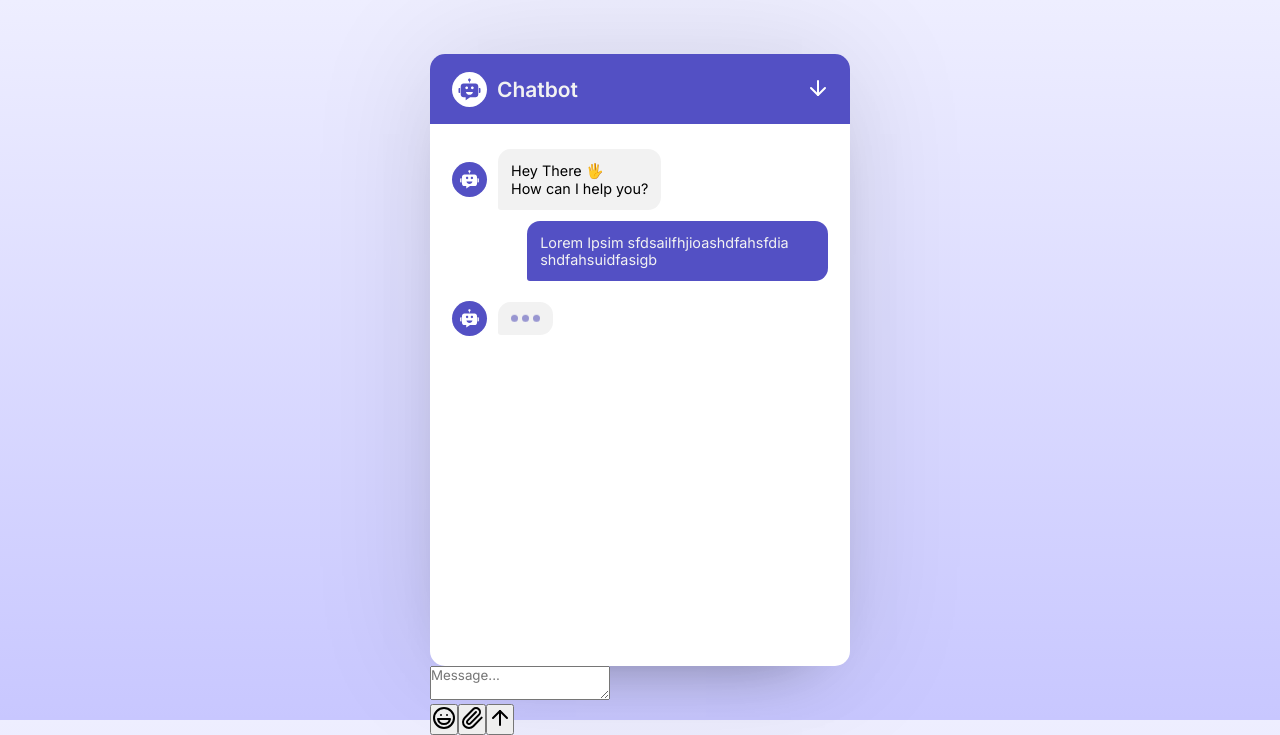
Repository: guilhermecardoso93/ai-bot
Page: /
An editor plug-in stored every save of this project. The page is shown before and after the next save, followed by the edit.
The browser window is 1280 px wide. The pictures show the whole page.
The project was rebuilt for these pictures with package versions that can differ from the ones it lists, and the page was loaded fresh each time. Also part of the build but not shown: vite.config.js.

Above is the page before, as saved 2024-11-12 19:53:59.

After the next save:
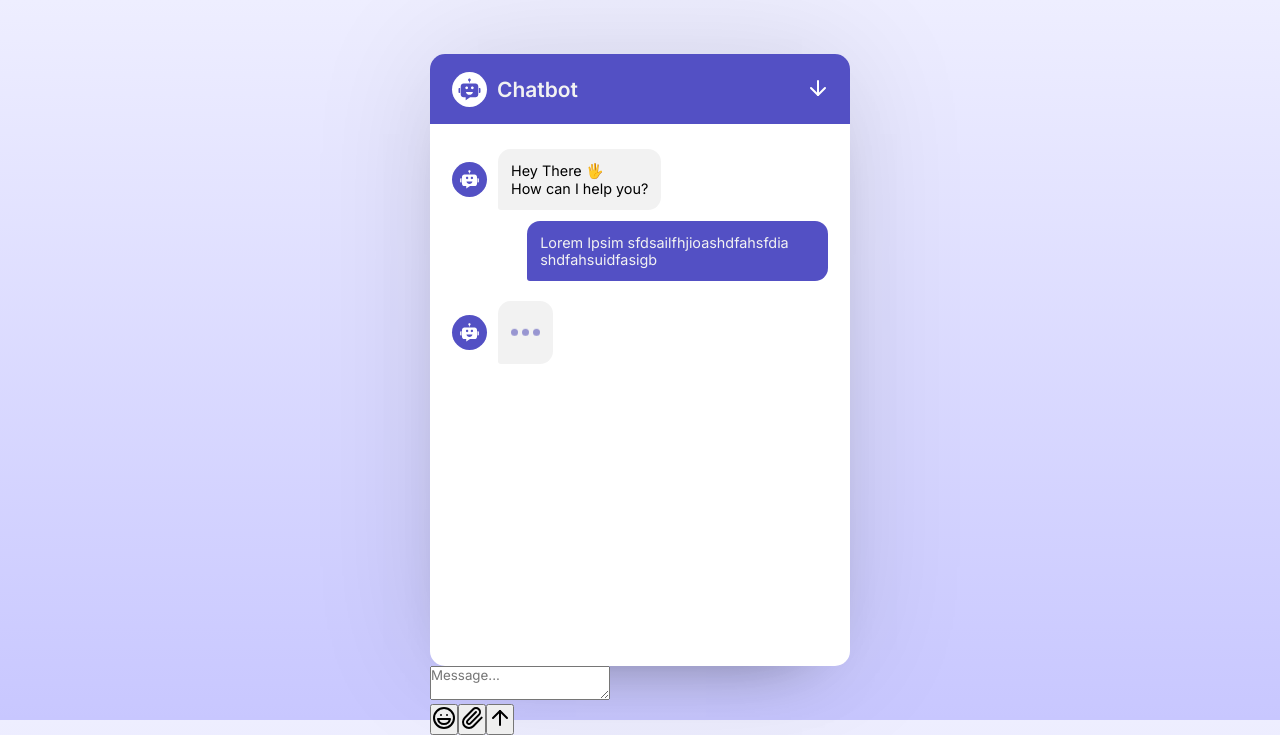
Saved 10 s later.
--- a/src/index.css
+++ b/src/index.css
@@ -146,7 +146,7 @@
 .chat-body .bot-message .thinking-indicator {
   display: flex;
   gap: 4px;
-  padding-block: 0 15px 0 15px;
+  padding-block: 15px;
 }
 
 .chat-body .bot-message .thinking-indicator .dot {

After the save that followed:
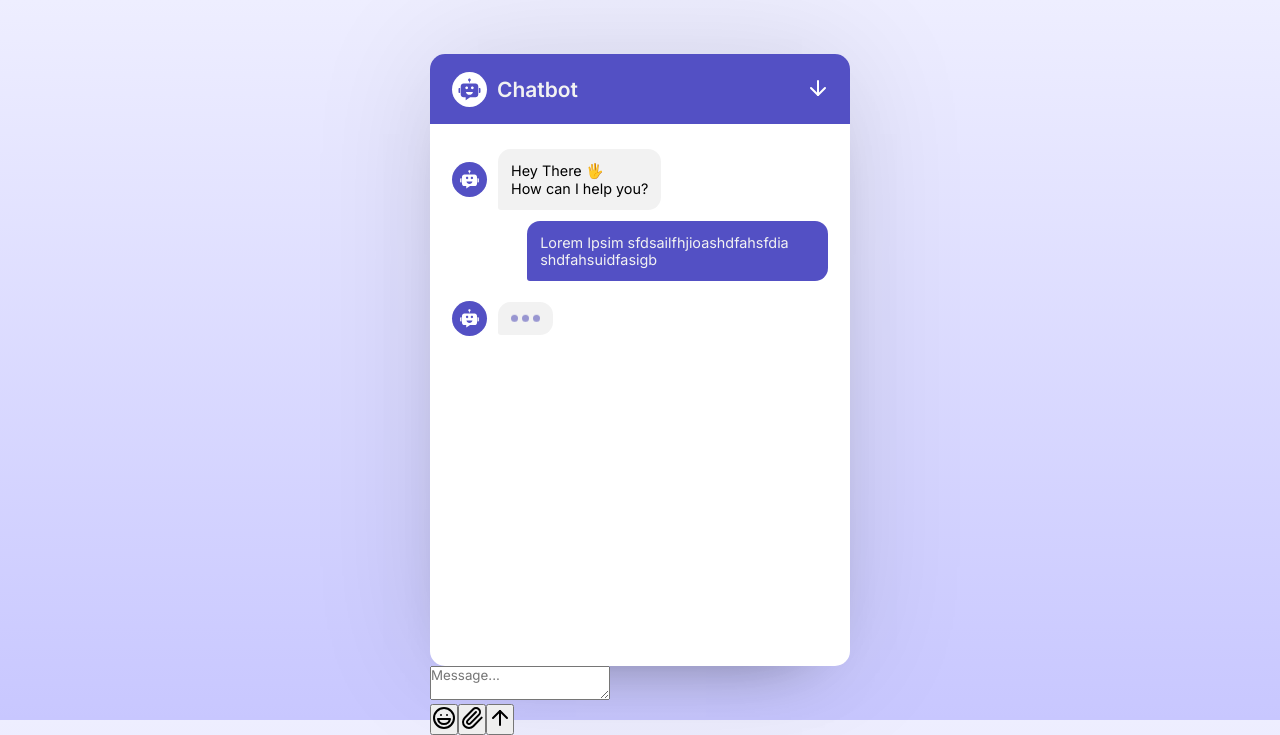
Saved 4 s later.
--- a/src/index.css
+++ b/src/index.css
@@ -146,7 +146,7 @@
 .chat-body .bot-message .thinking-indicator {
   display: flex;
   gap: 4px;
-  padding-block: 15px;
+  padding-block: 0 15px 0 15px;
 }
 
 .chat-body .bot-message .thinking-indicator .dot {
